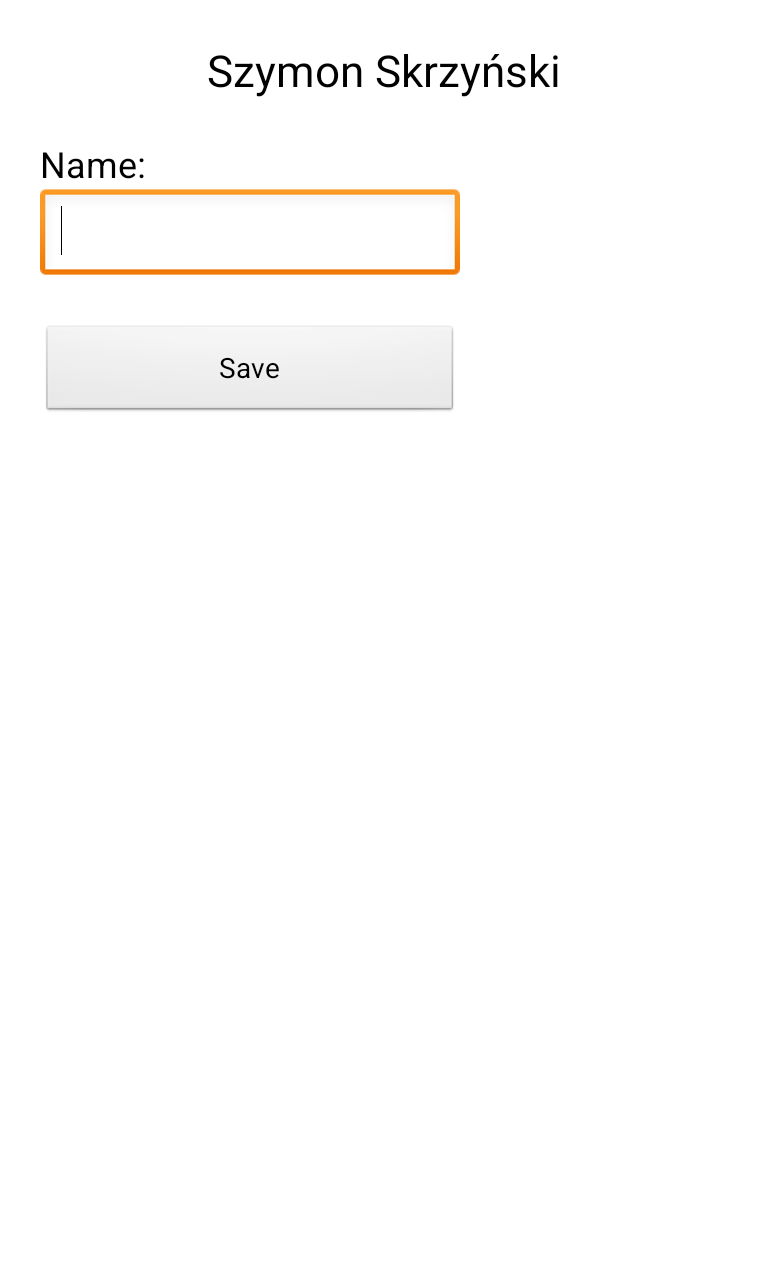
Repository: SimonIsMe/workspace_android
Layout: Lista5/res/layout/activity_add_new_note.xml
These files come from the project's save history. The layout is drawn as it stood at one moment and after the next save; the edit follows.
It is drawn on a 768 x 1280 px phone screen (xhdpi) without system bars, with theme AppTheme; the app's code is not run.

Above is the layout before, as saved 2012-12-11 17:36:29.

After the next save:
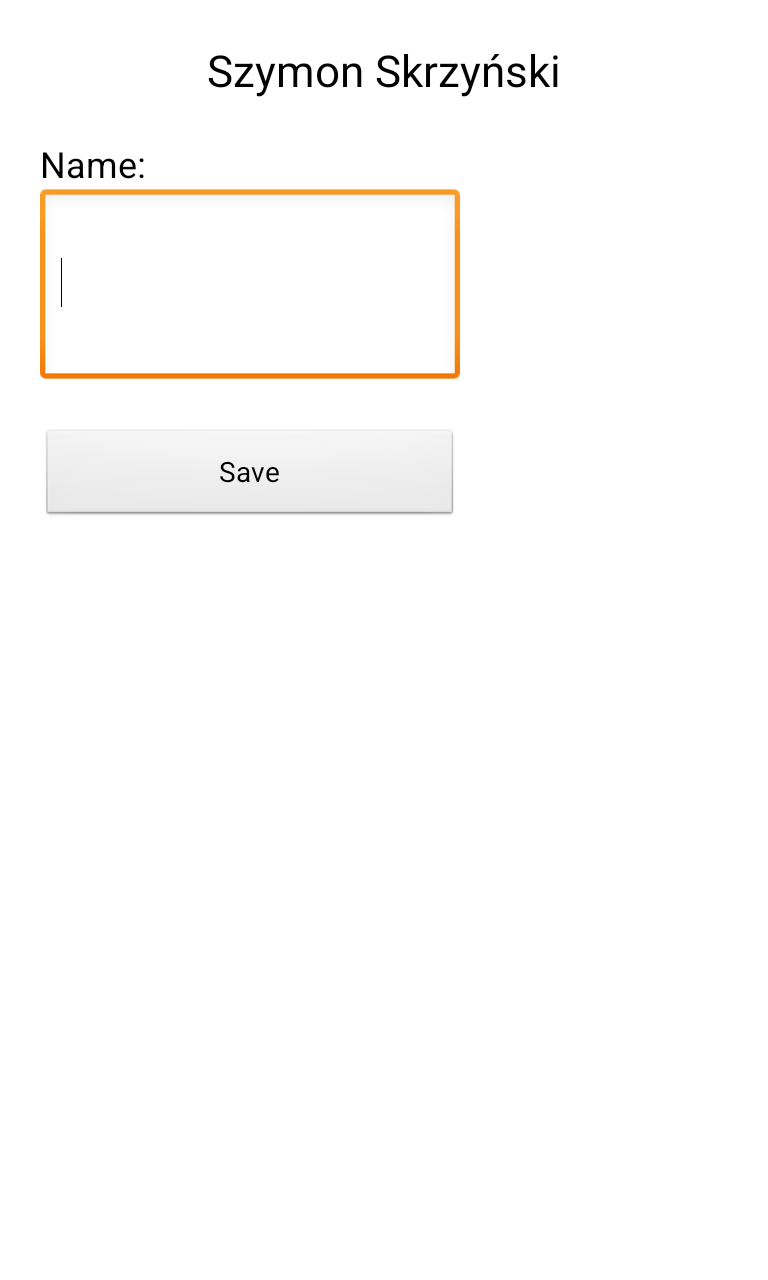
Saved 37 s later.
--- a/Lista5/res/layout/activity_add_new_note.xml
+++ b/Lista5/res/layout/activity_add_new_note.xml
@@ -49,8 +49,8 @@
 
             <EditText
                 android:id="@+id/editText1"
-                android:layout_width="wrap_content"
-                android:layout_height="wrap_content"
+                android:layout_width="fill_parent"
+                android:layout_height="100dp"
                 android:ems="10" >
 
                 <requestFocus />
